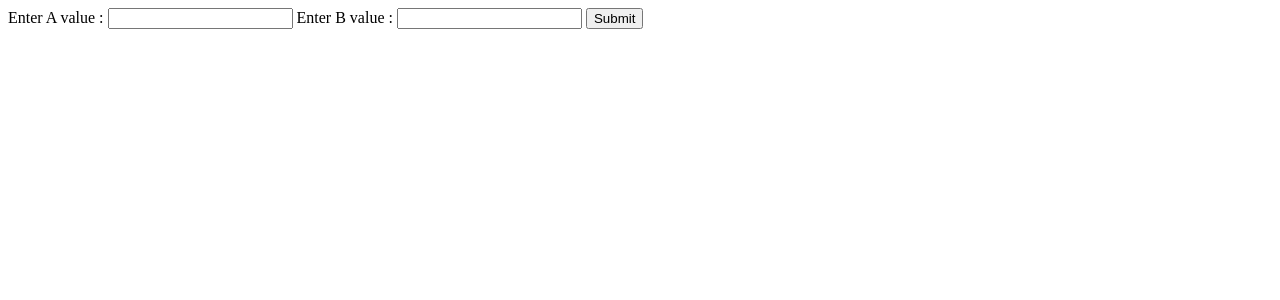
Repository: Thaneshwara848/Hibernate_BackEnd
Page: WebDemo4/src/main/webapp/Cal.html
An editor plug-in stored every save of this project. The page is shown before and after the next save, followed by the edit.
The browser window is 1280 px wide. The pictures show the whole page.

Above is the page before, as saved 2022-11-06 16:33:30.

### WebDemo4/src/main/webapp/Cal.html
<!DOCTYPE html>
<html>
<head>
<meta charset="UTF-8">
<title>Insert title here</title>
</head>
<body>
	Enter A value : <input type="text" name="a">
	Enter B value : <input type="text" name="b">

	<input type="submit">

</body>
</html>

After the next save:
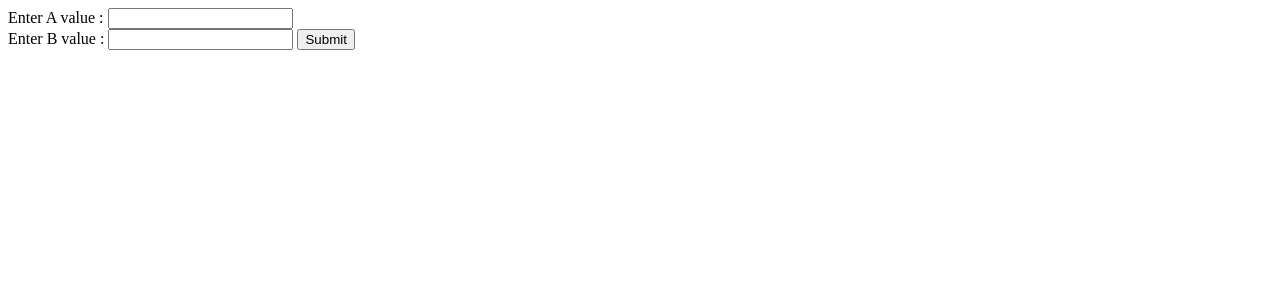
Saved 24 s later.
--- a/WebDemo4/src/main/webapp/Cal.html
+++ b/WebDemo4/src/main/webapp/Cal.html
@@ -5,7 +5,7 @@
 <title>Insert title here</title>
 </head>
 <body>
-	Enter A value : <input type="text" name="a">
+	Enter A value : <input type="text" name="a"><br>
 	Enter B value : <input type="text" name="b">
 
 	<input type="submit">
